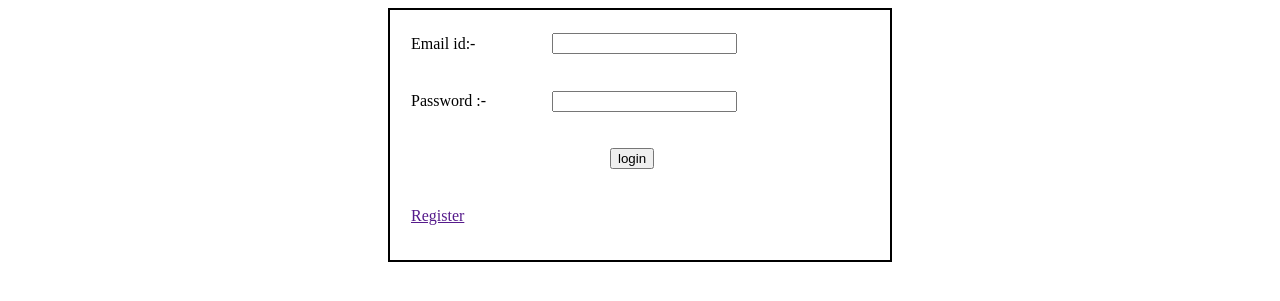
Repository: ShivrajMPujari/ServletApplication
Page: http://localhost/LoginReg/
An editor plug-in stored every save of this project. The page is shown before and after the next save, followed by the edit.
The browser window is 1280 px wide. The pictures show the whole page.
The page is served by Tomcat 9. Other server files are loaded and not shown.

Above is the page before, as saved 2018-07-09 06:08:08.

### LoginReg/WebContent/index.html
<!DOCTYPE html>
<html>
<head>
<meta charset="UTF-8">
<title>Insert title here</title>
<link rel="stylesheet" href="index.css"/>
</head>
<body>

<div class="tableDiv">
<form action="">
<table class="loginTabel" cellspacing="10">
<tr>
	<td> Email id:- </td> <td> <input type="email" /></td>
</tr>

<tr>
	<td>Password :- </td> <td> <input type="password" /> </td>
</tr>

<tr>
<td colspan="2"  class="submitButton"  > <input class="btn"type="submit" value="login" /></td>
</tr>

<tr>
<td colspan="2"> <a href="">Register</a></td>
</tr>
</table>
</form>
</div>
</body>
</html>

### LoginReg/WebContent/index.css
@CHARSET "UTF-8";

.tableDiv{
	height:250px;
	width:500px;
	margin:auto;
	border:2px solid black;
}
.loginTabel{

	height:240px;
	width:480px;
	margin:auto;

}
tr{
	height: 30px;
}
.submitButton{
	padding-left:200px;

}

After the next save:
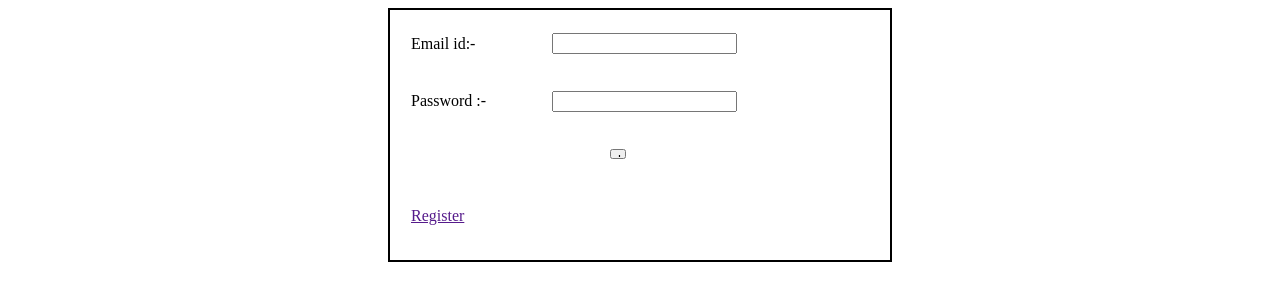
Saved 36 s later.
--- a/LoginReg/WebContent/index.css
+++ b/LoginReg/WebContent/index.css
@@ -20,3 +20,7 @@ tr{
 	padding-left:200px;
 
 }
+.btn{
+	height: 10px;
+	width:5px;
+}
